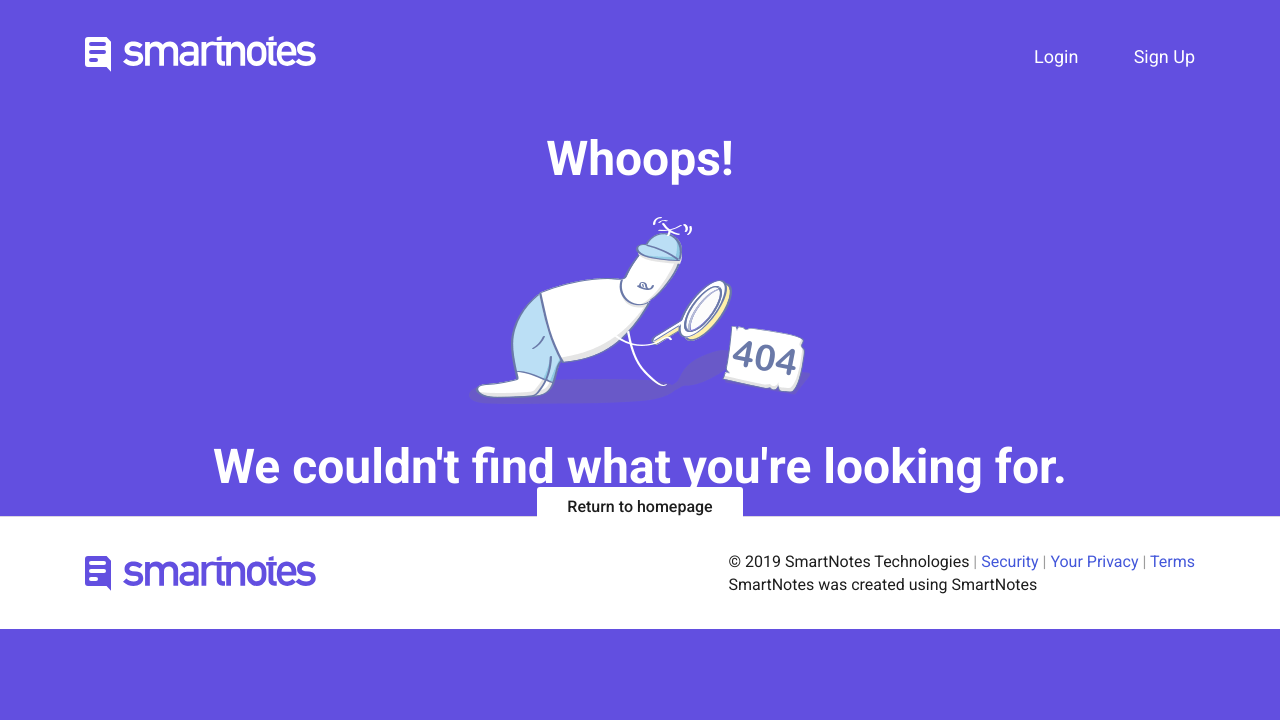
Repository: vargaeric/smartnotes
Page: workspace/public/html/404.html
The author's editor kept a record of every edit. The page is drawn from the files as they stood at one moment, then again after the next edit.
The browser window is 1280 px wide. The pictures show the whole page.

Above is the page before.

After the next edit:
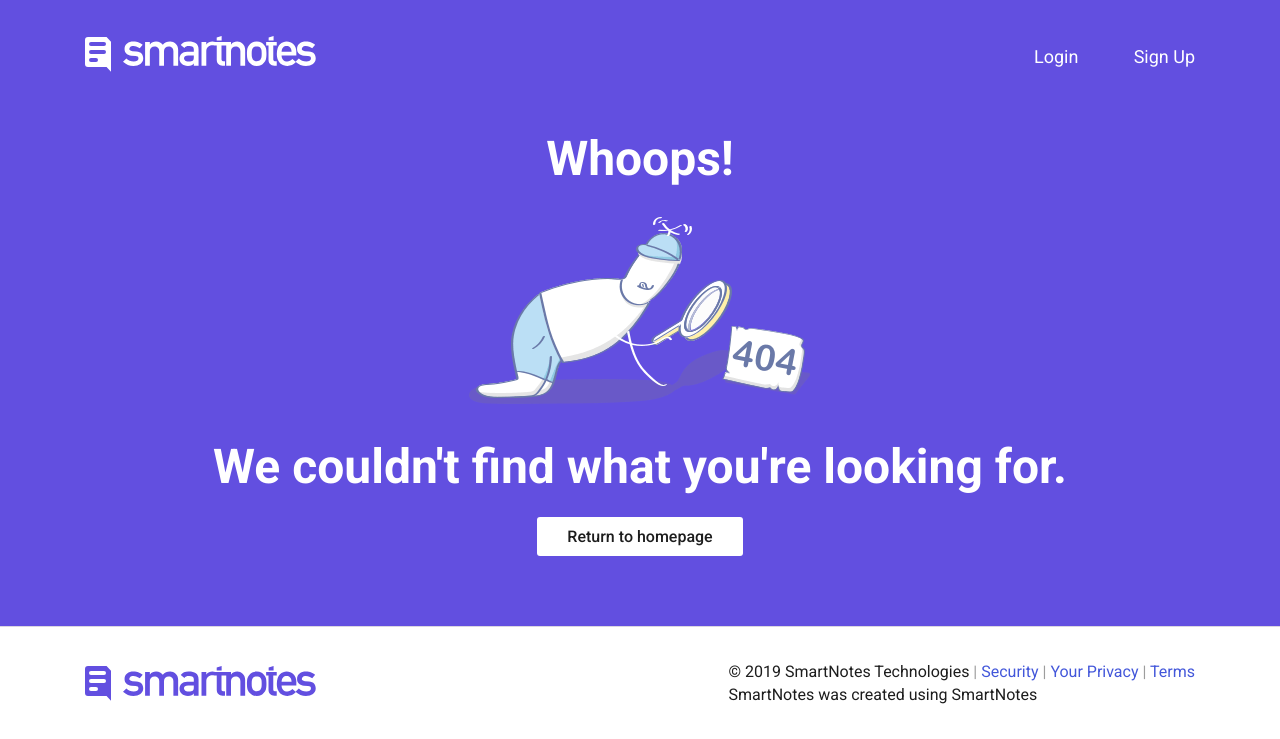
The edit:
--- a/workspace/public/css/404.css
+++ b/workspace/public/css/404.css
@@ -17,6 +17,10 @@
     padding: 30px 0 30px 0;
  }
 
+ .hbtn {
+    margin: 30px 0 80px 0;
+ }
+
     .hbtn > a {
         font-size: 16px;
         color: #1d1d1d;
